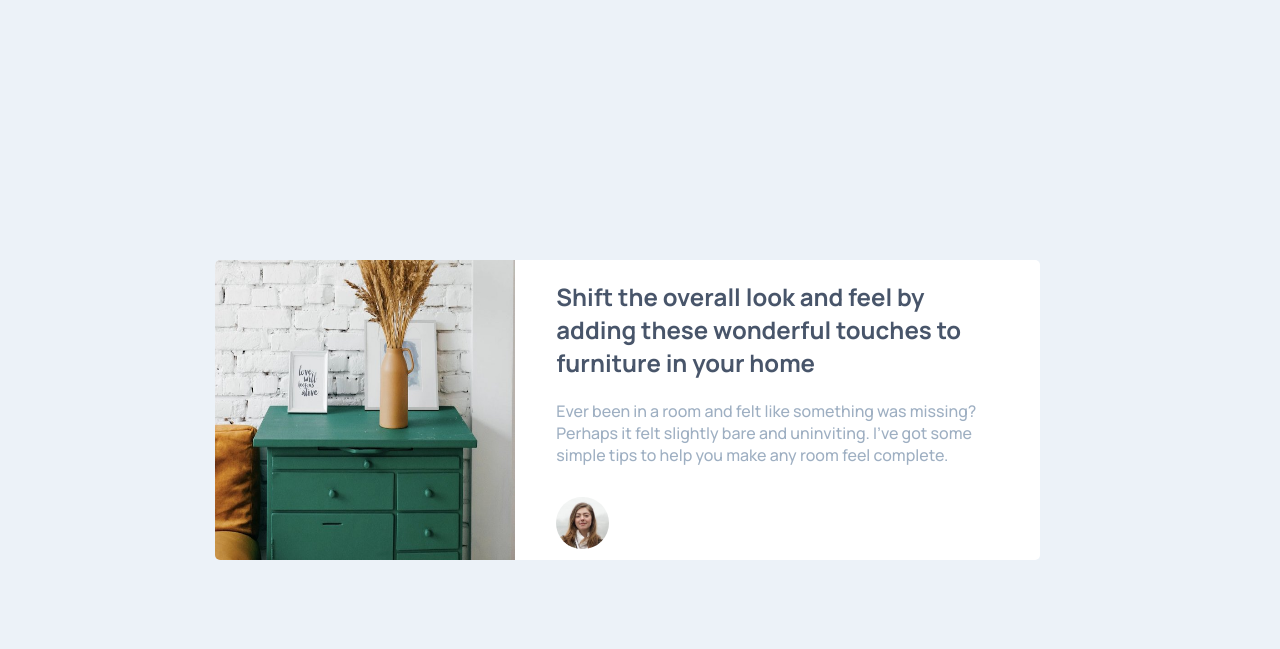
Repository: ricky603/training-css
Page: article-preview-component-master/index.html
An editor plug-in stored every save of this project. The page is shown before and after the next save, followed by the edit.
The browser window is 1280 px wide. The pictures show the whole page.

Above is the page before, as saved 2020-09-09 09:03:28.

### article-preview-component-master/index.html
<!DOCTYPE html>
<html lang="en">

<head>
    <meta charset="UTF-8">
    <meta name="viewport" content="width=device-width, initial-scale=1.0">
    <!-- displays site properly based on user's device -->

    <link rel="icon" type="image/png" sizes="32x32" href="./images/favicon-32x32.png">
    <link rel="stylesheet" href="./styles.css">
    <link href="https://fonts.googleapis.com/css2?family=Manrope:wght@500;700&display=swap" rel="stylesheet">

    <title>Frontend Mentor | Article preview component</title>

    <!-- Feel free to remove these styles or customise in your own stylesheet 👍 -->
</head>

<body>
    <div class="article">
        <div id="image">
            <img src="./images/drawers.jpg" class="drawer">
        </div>

        <div class="post">
            <div class="head">
                <h2>Shift the overall look and feel by adding these wonderful touches to furniture in your home</h2>
            </div>
            <div class="body">
                <p>Ever been in a room and felt like something was missing? Perhaps it felt slightly bare and uninviting. I’ve got some simple tips to help you make any room feel complete.</p>
            </div>
            <div class="avatar">
                <img src="./images/avatar-michelle.jpg" class="profile">
            </div>
        </div>
    </div>


</body>

</html>

<!--

  Ever been in a room and felt like something was missing? Perhaps
  it felt slightly bare and uninviting. I’ve got some simple tips
  to help you make any room feel complete.

  Michelle Appleton
  28 Jun 2020

  Share -->

### article-preview-component-master/styles.css
body {
    background-color: hsl(210, 46%, 95%);
}

h2 {
    font-family: 'Manrope';
    font-weight: 700;
}

#image {
    display: inline-block;
}

.post {
    position: absolute;
    width: 52%;
    display: inline-block;
    margin: 0 5% 0 5%;
}

.body {
    position: relative;
    display: inline-block;
    font-family: 'Manrope';
    font-weight: 500;
    font-size: 16px;
    color: hsl(212, 23%, 69%);
    bottom: 15px;
}

.head {
    display: inline-block;
    color: hsl(217, 19%, 35%);
}

.article {
    position: fixed;
    width: 825px;
    height: 300px;
    background-color: white;
    margin: auto;
    top: 50%;
    left: 50%;
    margin-top: -100px;
    margin-left: -425px;
    border-radius: 5px;
}

.drawer {
    width: 300px;
    height: 300px;
    border-radius: 5px 0 0 5px;
}

.attribution {
    font-size: 11px;
    text-align: center;
}

.attribution a {
    color: hsl(228, 45%, 44%);
}

.avatar {
    display: inline-block;
}

.profile {
    height: 30%;
    width: 30%;
    border-radius: 100%;
}

After the next save:
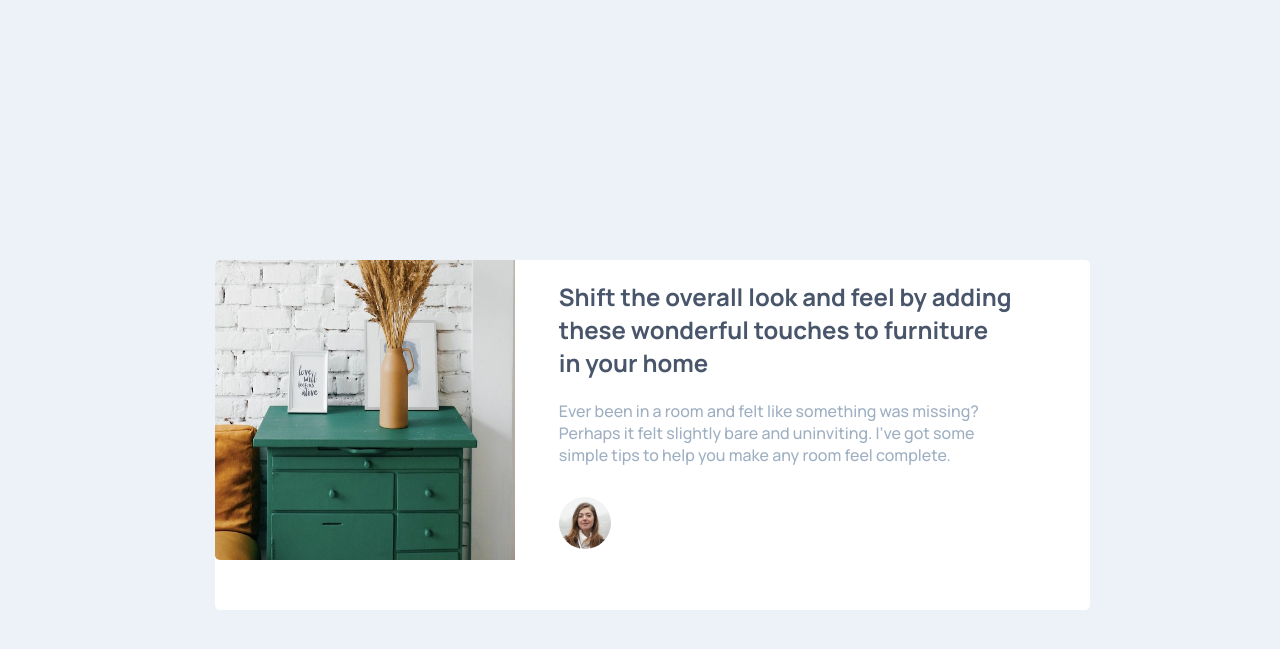
Saved 37 s later.
--- a/article-preview-component-master/styles.css
+++ b/article-preview-component-master/styles.css
@@ -35,8 +35,8 @@ h2 {
 
 .article {
     position: fixed;
-    width: 825px;
-    height: 300px;
+    width: 875px;
+    height: 350px;
     background-color: white;
     margin: auto;
     top: 50%;
